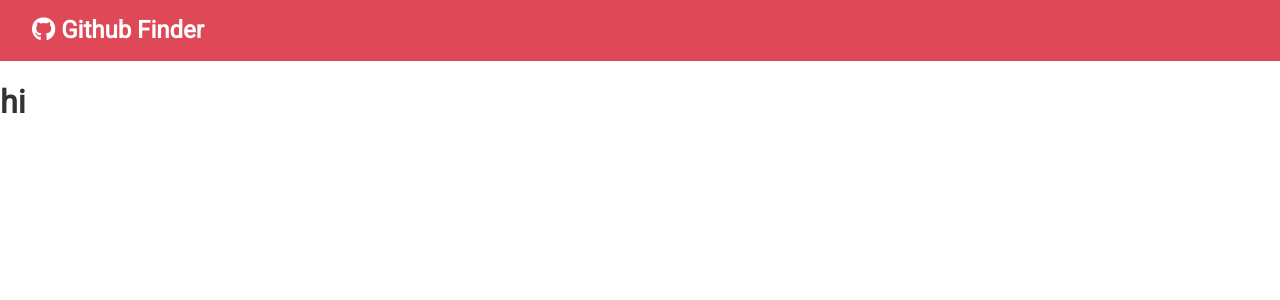
Repository: chonax/github-finder
Page: /
These files come from the project's save history. The page is drawn as it stood at one moment and after the next save; the edit follows.
The browser window is 1280 px wide. The pictures show the whole page.
Some web libraries are served in a nearby version. The project was rebuilt for these pictures with package versions that can differ from the ones it lists, and the page was loaded fresh each time.

Above is the page before, as saved 2021-08-22 20:38:13.

After the next save:
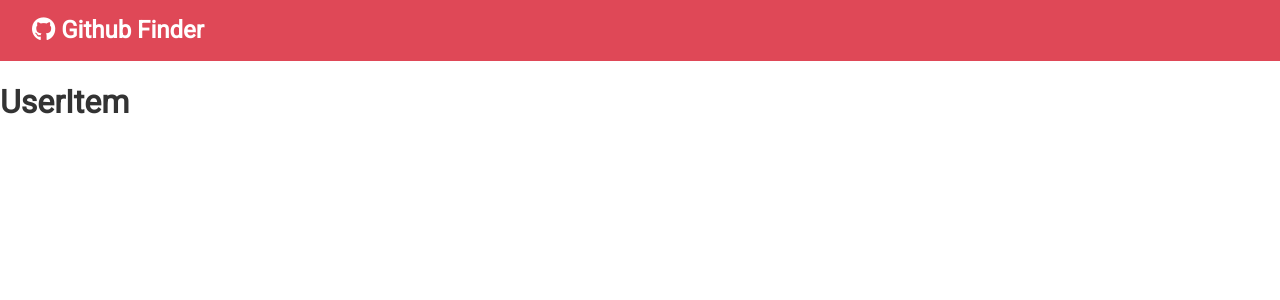
Saved 22 s later.
--- a/src/App.js
+++ b/src/App.js
@@ -9,7 +9,7 @@
     return (
       <div className="App">
         <Navbar />
-        <h1>hi</h1>
+        <Useritem />
       </div>
     );
   }
